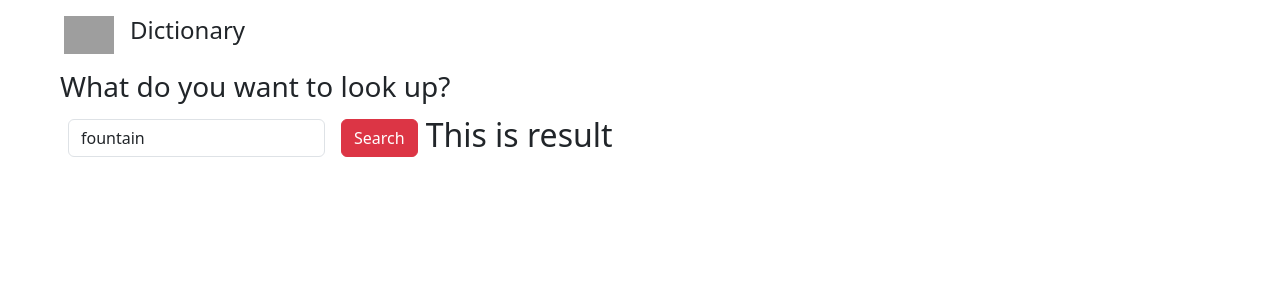
Repository: moehaymanmyint/react-dictionary-app
Page: /
These files come from the project's save history. The page is drawn as it stood at one moment and after the next save; the edit follows.
The browser window is 1280 px wide. The pictures show the whole page.
Pictures or frames that could not be fetched are drawn as grey boxes. The page's requests for data from a server got no answer. The project was rebuilt for these pictures with package versions that can differ from the ones it lists, and the page was loaded fresh each time. No one was signed in, and anything a server would have sent is missing.

Above is the page before, as saved 2024-08-28 10:46:06.

After the next save:
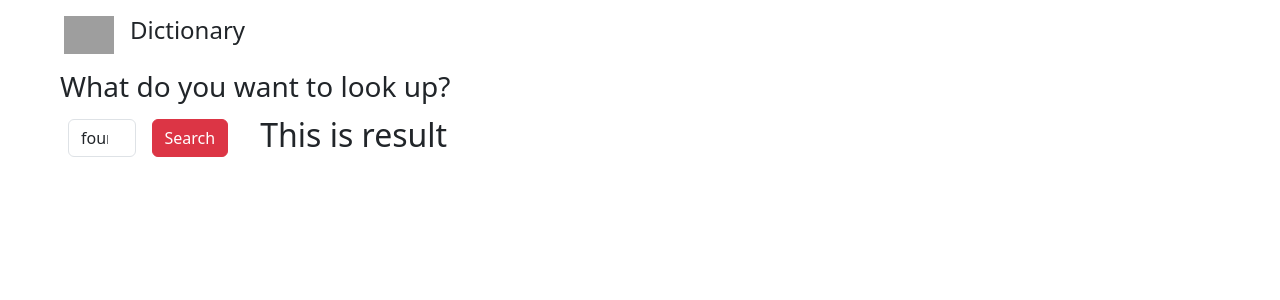
Saved 51 s later.
--- a/src/Search.js
+++ b/src/Search.js
@@ -26,14 +26,18 @@ export default function Search(props){
     return (
         <div className="Content">
             <h3>What do you want to look up?</h3>
-            <div className="d-flex">
-                <form onSubmit={handleSubmit} className="d-flex">
-                    <input type="search" className="form form-control m-2" value={word} onChange={updateWord}/>
-                    <input type="submit" value="Search" className="btn btn-danger m-2"/>
-                </form>
-            <div className="meaning">
-                <Result results={result} />
-            </div>
+            <div className="row d-flex">
+                <div className="col-4">
+                    <form onSubmit={handleSubmit} className="d-flex">
+                        <input type="search" className="form form-control m-2" value={word} onChange={updateWord}/>
+                        <input type="submit" value="Search" className="btn btn-danger m-2"/>
+                    </form>
+                </div>
+                <div className="col-8">
+                    <div className="meaning">
+                        <Result results={result} />
+                    </div>
+                </div>
             </div>
         </div>
     );
